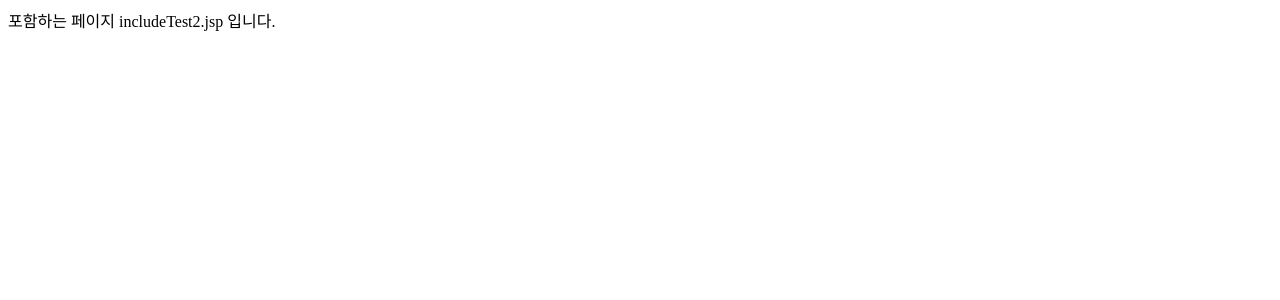
Repository: matodale/StudyJSP
Page: http://localhost/StudyJSP/ch08/includeTest2.jsp
An editor plug-in stored every save of this project. The page is shown before and after the next save, followed by the edit.
The browser window is 1280 px wide. The pictures show the whole page.
The page is served by Tomcat 9. Other server files are loaded and not shown.

Above is the page before, as saved 2022-12-21 12:44:33.

### StudyJSP/src/main/webapp/ch08/includeTest2.jsp
<%@ page language="java" contentType="text/html; charset=UTF-8"
    pageEncoding="UTF-8"%>
<%request.setCharacterEncoding("utf-8");%>
<%
String name = "김개동";
String pageName = "includedTest2.jsp";
%>
포함하는 페이지 includeTest2.jsp 입니다. <br>

After the next save:
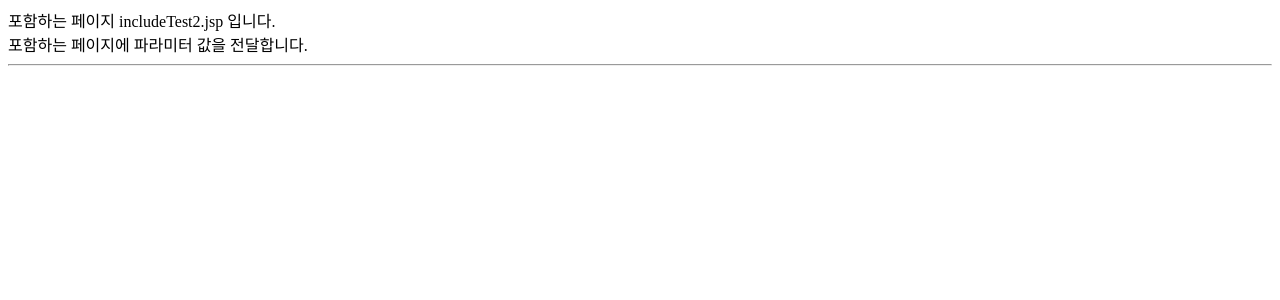
Saved 19 s later.
--- a/StudyJSP/src/main/webapp/ch08/includeTest2.jsp
+++ b/StudyJSP/src/main/webapp/ch08/includeTest2.jsp
@@ -6,3 +6,5 @@ String name = "김개동";
 String pageName = "includedTest2.jsp";
 %>
 포함하는 페이지 includeTest2.jsp 입니다. <br>
+포함하는 페이지에 파라미터 값을 전달합니다.<br>
+<hr>
